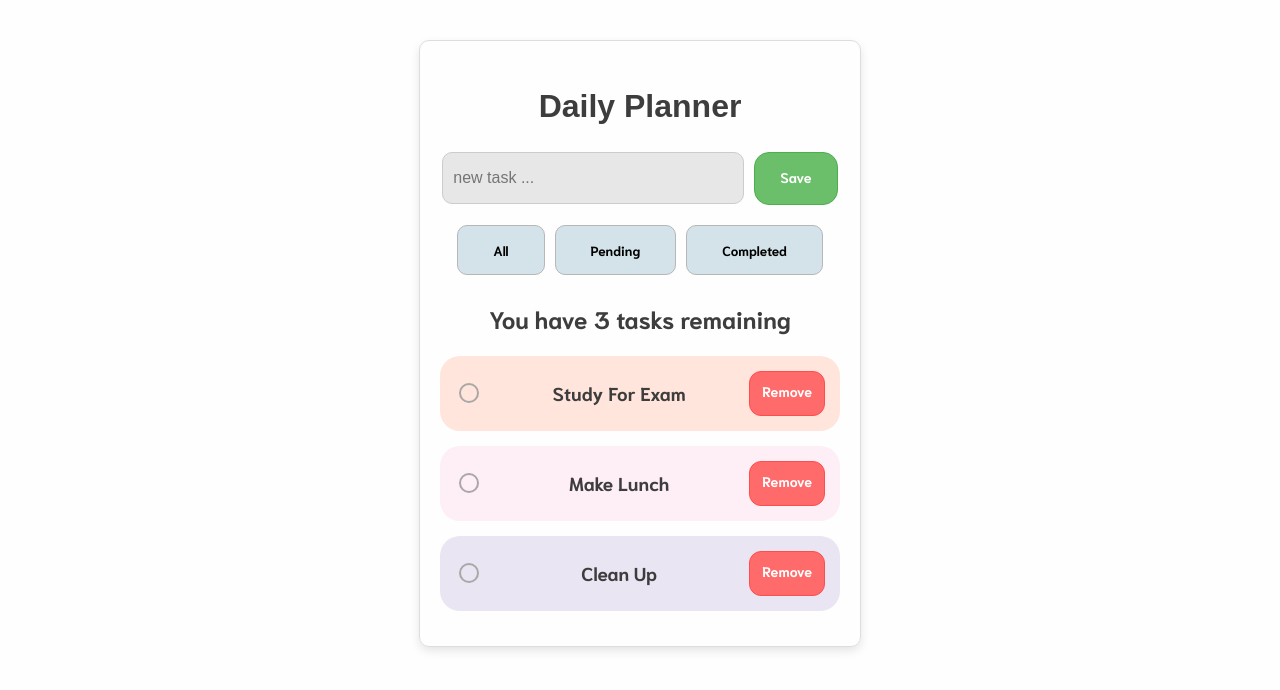
Repository: Zalida-Khan/Frontend-Lab4
Page: /
An editor plug-in stored every save of this project. The page is shown before and after a run of saves, followed by the edit.
The browser window is 1280 px wide. The pictures show the whole page.
Some web fonts or font styles are not loaded; a fallback is used. The project was rebuilt for these pictures with package versions that can differ from the ones it lists, and the page was loaded fresh each time. Also part of the build but not shown: vite.config.js.

Above is the page before, as saved 2024-10-29 23:08:58.

After the next 4 saves:
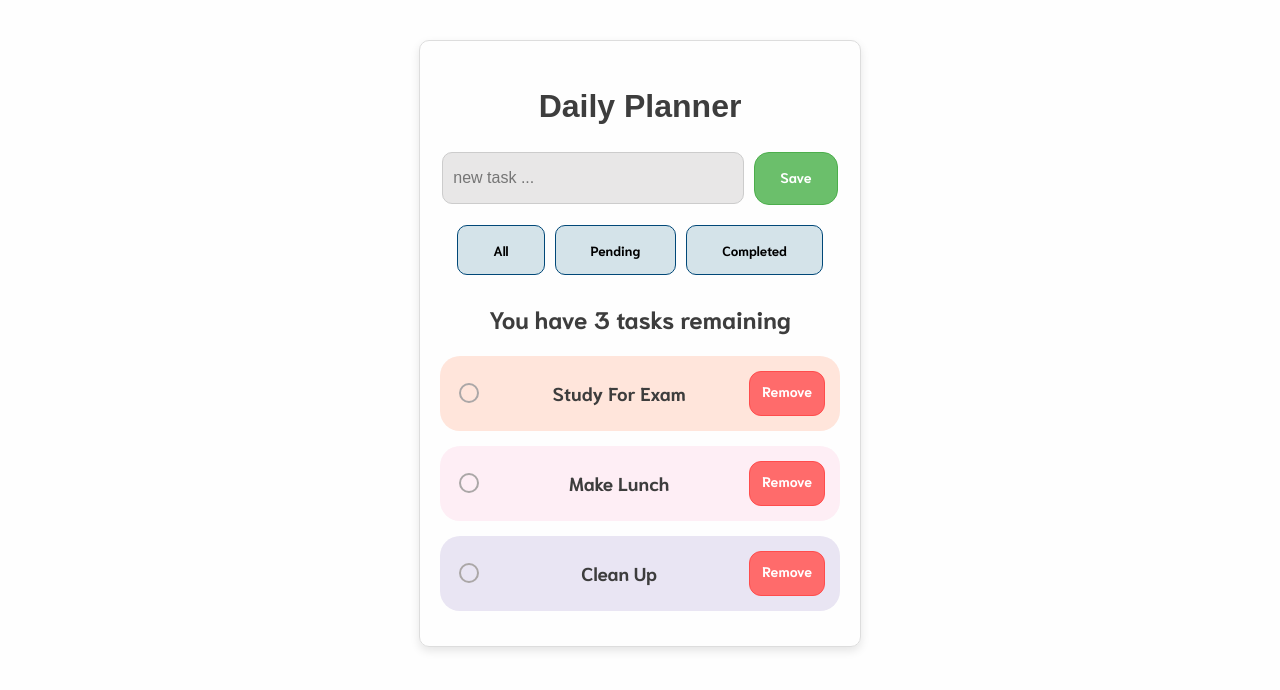
The 4 saves are shown as one change because they came seconds apart.
The last was saved 14 s later.
--- a/src/App.css
+++ b/src/App.css
@@ -174,7 +174,7 @@ h1 {
 
 .filter-buttons button {
   padding: 15px 35px;
-  border: 1px solid #b7b7b7;
+  border: 1px solid #014878;
   border-radius: 10px;
   background-color: #d4e3e9;
   font-family: "Niramit", sans-serif;
